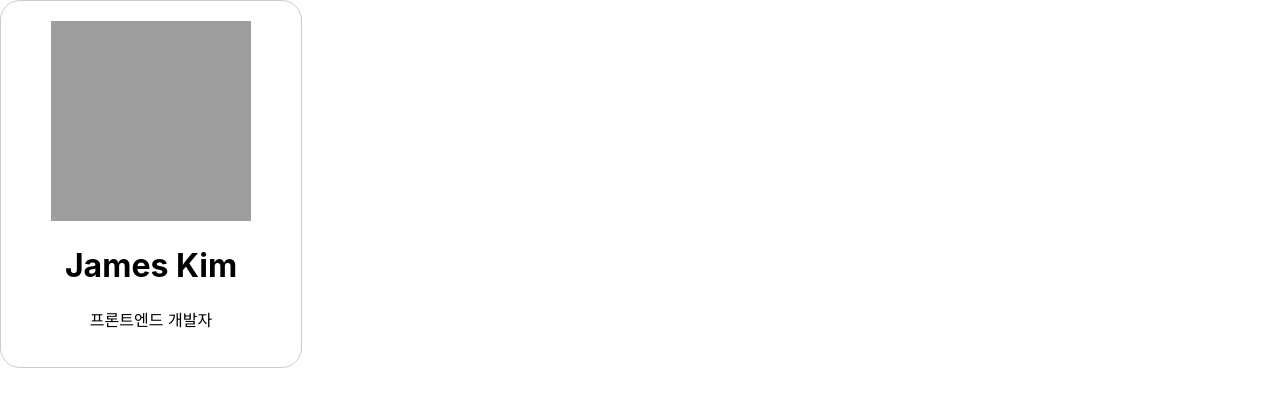
Repository: dnjfht/css-example
Page: /
The author's editor kept a copy of each file at every save. The page is drawn from the files as they stood at one save, then again after the next save.
The browser window is 1280 px wide. The pictures show the whole page.
Pictures or frames that could not be fetched are drawn as grey boxes. The project was rebuilt for these pictures with package versions that can differ from the ones it lists, and the page was loaded fresh each time. Also part of the build but not shown: src/App.css.

Above is the page before, as saved 2023-05-09 09:03:21.

### src/App.js
import "./App.css";
import Profile from "./components/Profile";

function App() {
  const name = "승민";
  const list = ["우유", "딸기", "바나나"];

  return (
    <>
      <Profile />
    </>
  );
}

export default App;

### src/components/Profile.jsx
import React from "react";

export default function Profile() {
  return (
    <div
      style={{
        width: 260,
        padding: 20,
        textAlign: "center",
        border: "1px solid #ccc",
        borderRadius: 20,
      }}
    >
      <img
        style={{ width: 200, height: 200, objectFit: "cover" }}
        src="https://images.unsplash.com/photo-1618641986557-1ecd230959aa?ixlib=rb-4.0.3&ixid=MnwxMjA3fDB8MHxwaG90by1wYWdlfHx8fGVufDB8fHx8&auto=format&fit=crop&w=687&q=80"
        alt="profileImg"
      />
      <h1>James Kim</h1>
      <p>프론트엔드 개발자</p>
    </div>
  );
}

Loaded but not shown: public/index.html (common file); src/index.js (common file); src/index.css (common file); src/reportWebVitals.js (common file)

After the next save:
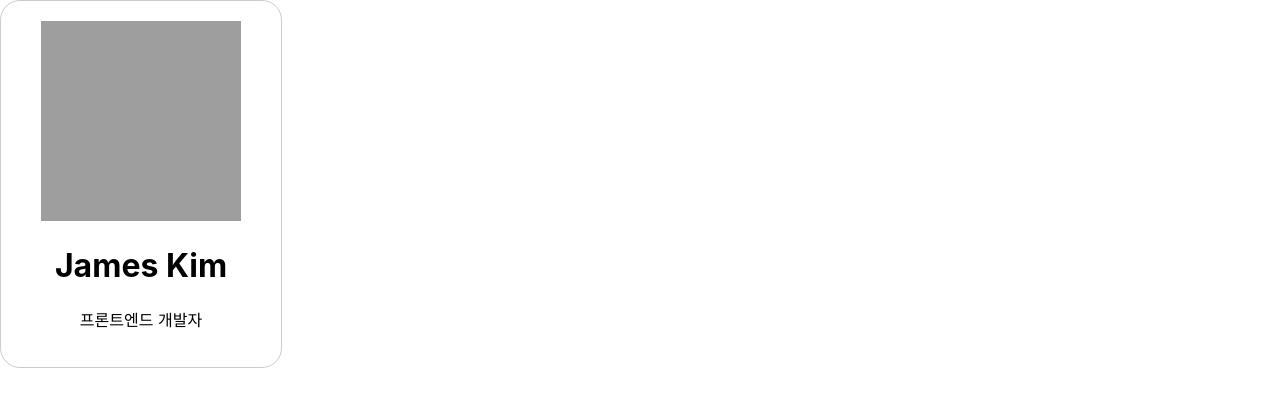
Saved 6 s later.
--- a/src/components/Profile.jsx
+++ b/src/components/Profile.jsx
@@ -4,7 +4,7 @@ export default function Profile() {
   return (
     <div
       style={{
-        width: 260,
+        width: 240,
         padding: 20,
         textAlign: "center",
         border: "1px solid #ccc",
